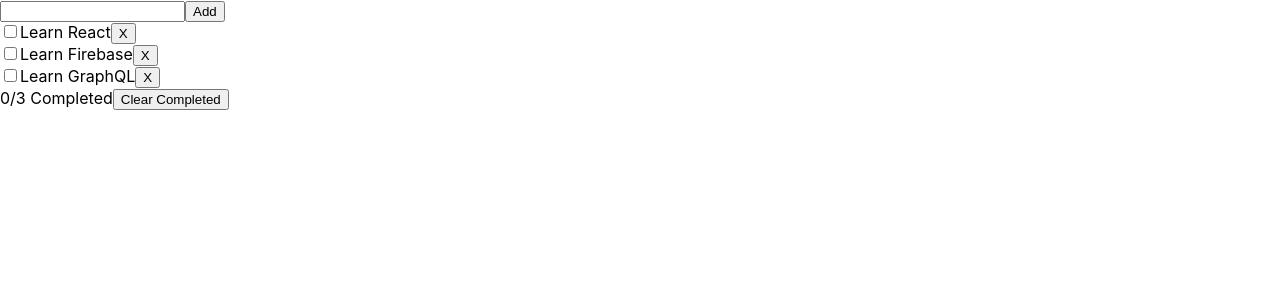
Repository: sedashahnazaryan/Todo
Page: / (app in todo/)
An editor plug-in stored every save of this project. The page is shown before and after a run of saves, followed by the edit.
The browser window is 1280 px wide. The pictures show the whole page.
The project was rebuilt for these pictures with package versions that can differ from the ones it lists, and the page was loaded fresh each time.

Above is the page before, as saved 2022-03-09 01:57:31.

After the next 2 saves:
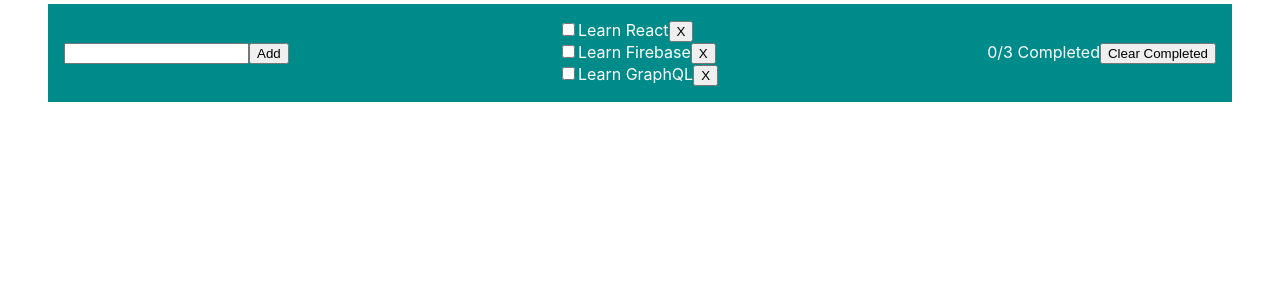
The 2 saves are shown as one change because they came seconds apart.
The last was saved 7 s later.
--- a/todo/src/App.css
+++ b/todo/src/App.css
@@ -27,7 +27,7 @@
       transform: rotate(360deg);
     }
   } */
-  .todo-row {
+  .App{
     display: flex;
     justify-content: space-between;
     align-items: center;

After the 3 saves that followed:
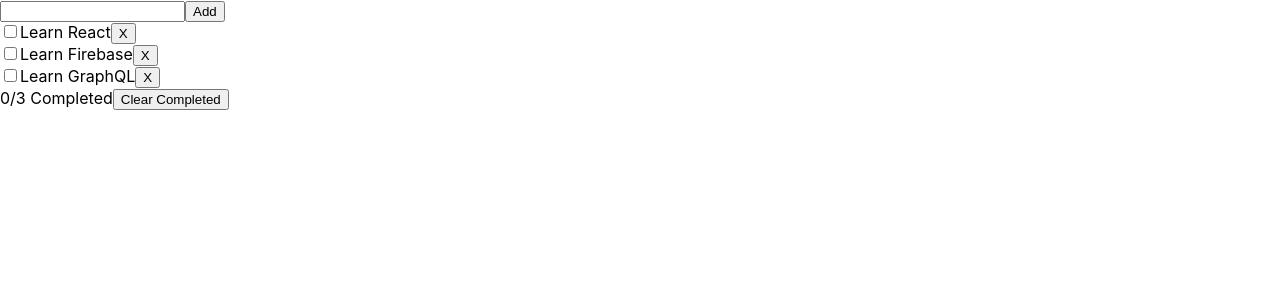
The 3 saves are shown as one change because 1 left the picture as it was and some came seconds apart.
The last was saved 50 s later.
--- a/todo/src/App.css
+++ b/todo/src/App.css
@@ -1,6 +1,6 @@
 .App {
-    list-style-type: none;
-  }
+    list-style-type: none; */
+  /* }
 
 
 
